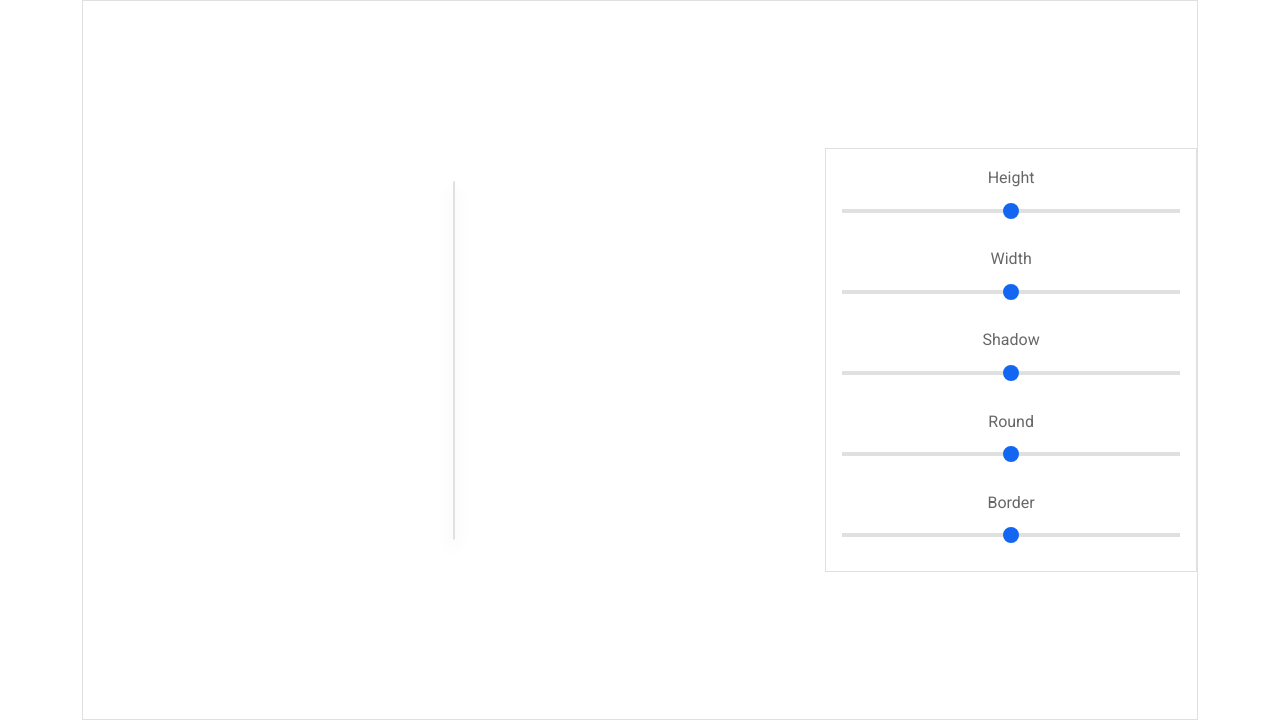
Repository: USaditya98/card-generator
Page: index.html
These files come from the project's save history. The page is drawn as it stood at one moment and after a run of saves; the edit follows.
The browser window is 1280 px wide. The pictures show the whole page.

Above is the page before, as saved 2021-10-20 11:34:40.

After the next 2 saves:
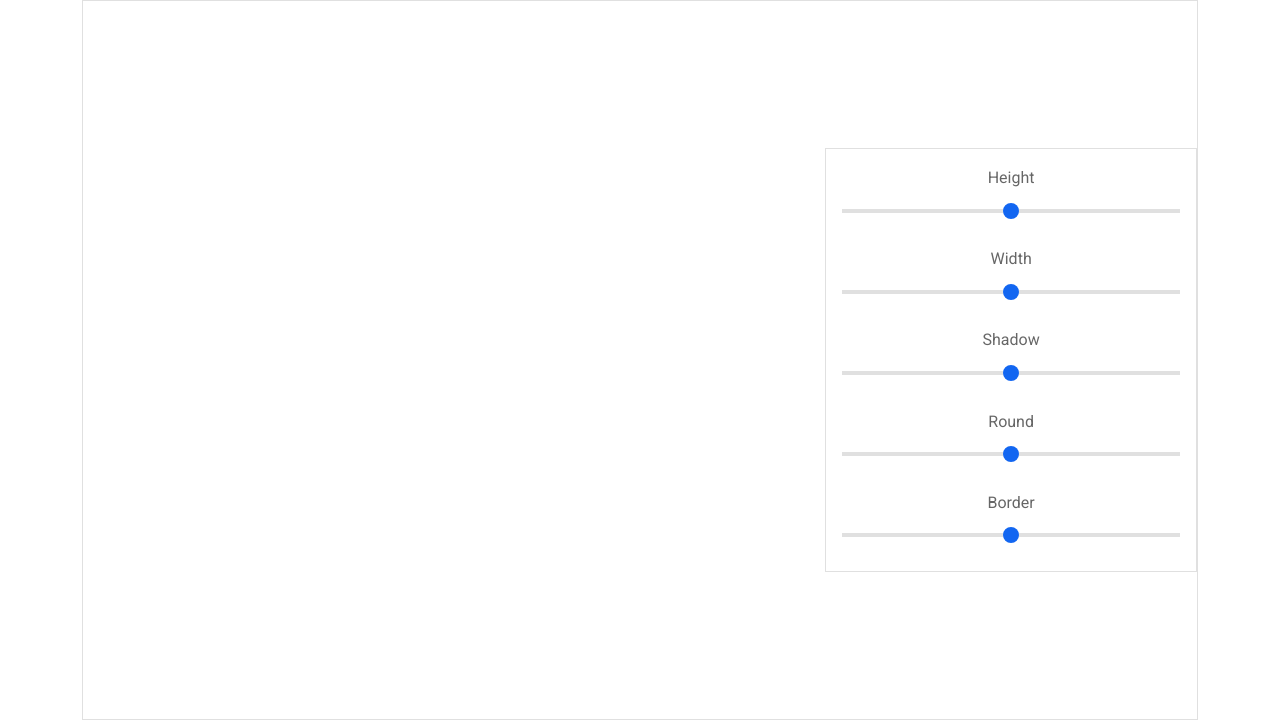
The 2 saves are shown as one change because they came seconds apart.
The last was saved 22 s later.
--- a/index.html
+++ b/index.html
@@ -22,7 +22,7 @@
     <div class="container">
       <div class="d-flex justify-content-between align-items-center text-center border" style="height: 100vh;">
             <div class="d-flex justify-content-center w-100 h-50" >
-                <div class="text-center    border rounded shadow" id="create">
+                <div class="text-center " id="create">
                 </div>
             </div>
             <div class="border w-50 ">

After the 3 saves that followed:
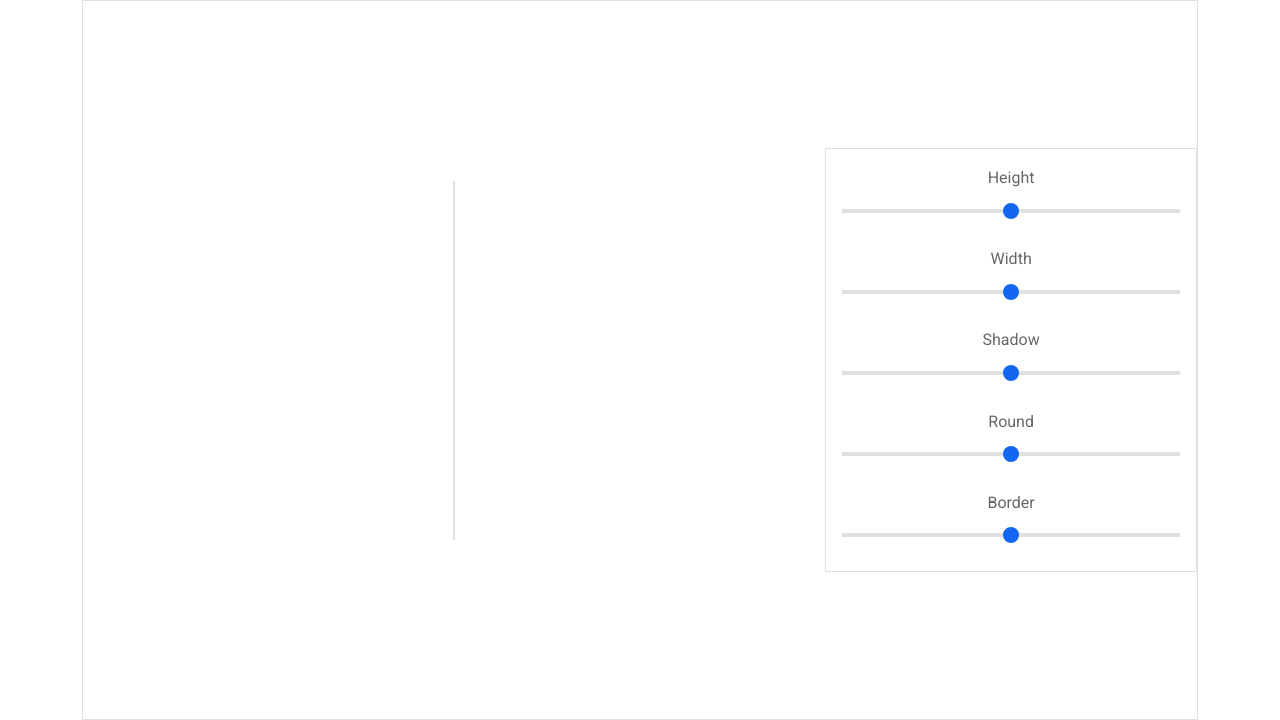
The 3 saves are shown as one change because they came seconds apart.
The last was saved 13 s later.
--- a/index.html
+++ b/index.html
@@ -22,7 +22,7 @@
     <div class="container">
       <div class="d-flex justify-content-between align-items-center text-center border" style="height: 100vh;">
             <div class="d-flex justify-content-center w-100 h-50" >
-                <div class="text-center " id="create">
+                <div class="text-center border " id="create">
                 </div>
             </div>
             <div class="border w-50 ">
